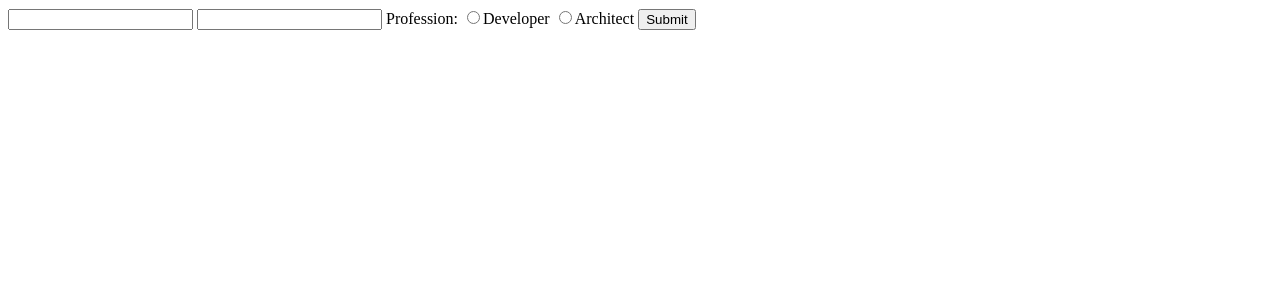
Repository: edwinisnow/jsp-servlets-demo
Page: SimpleServletProject/src/main/webapp/SimpleForm.html
These files come from the project's save history. The page is drawn as it stood at one moment and after the next save; the edit follows.
The browser window is 1280 px wide. The pictures show the whole page.

Above is the page before, as saved 2024-05-05 23:27:57.

After the next save:
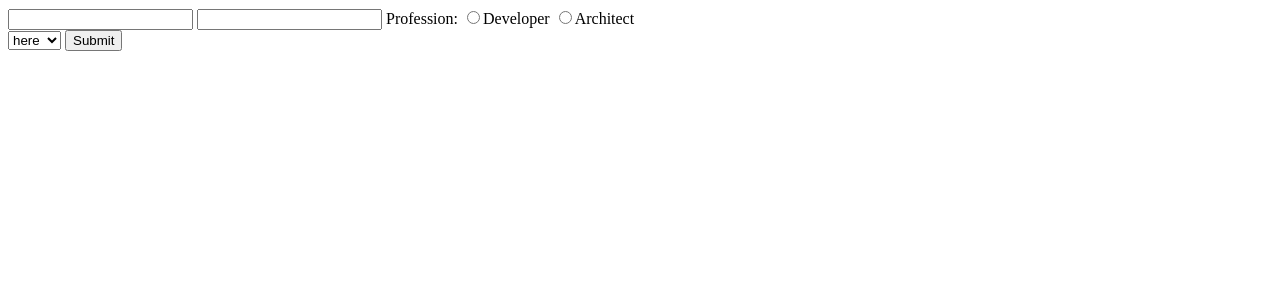
Saved 77 s later.
--- a/SimpleServletProject/src/main/webapp/SimpleForm.html
+++ b/SimpleServletProject/src/main/webapp/SimpleForm.html
@@ -12,6 +12,11 @@
 	Profession:
 	<input type="radio" name="prof" value="Developer">Developer</input>
 	<input type="radio" name="prof" value="Architect">Architect</input>
+	<br/>
+	<select name="location">
+		<option value="here">here</option>
+		<option value="there">there</option>
+	</select>
 	<input type="submit" />
 </form>
 </body>
